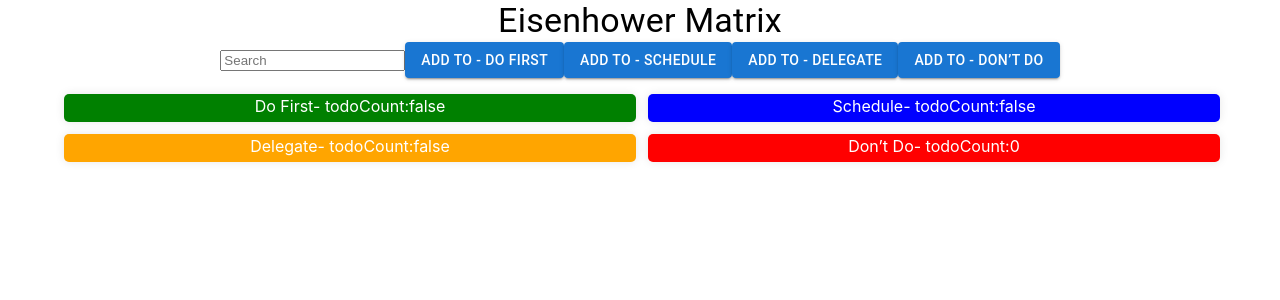
Repository: GokulDev4U/Krixi_react_assignment
Page: /
The author's editor kept a copy of each file at every save. The page is drawn from the files as they stood at one save, then again after the next save.
The browser window is 1280 px wide. The pictures show the whole page.
The project was rebuilt for these pictures with package versions that can differ from the ones it lists, and the page was loaded fresh each time.

Above is the page before, as saved 2022-04-04 16:13:50.

After the next save:
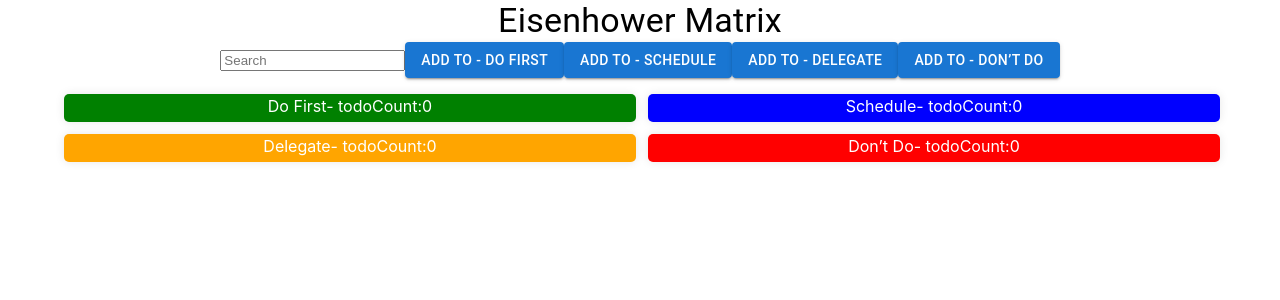
Saved 72 s later.
--- a/src/Components/card/Card.jsx
+++ b/src/Components/card/Card.jsx
@@ -22,7 +22,7 @@ const Card = ({ color, title, flag }) => {
   return (
     <div className='box' style={{ backgroundColor: `${color}` }}>
       <div className="card-title">
-        {`${title}- todoCount:${(flag === "doFirst" && todosDoFirstLength) || (flag === "schedule" && todosScheduleLength) || (flag === "delegate" && todosDelegateLength) || (flag === "dontDo" && todosDontDoLength)}`}
+        {`${title}- todoCount:${Number((flag === "doFirst" && todosDoFirstLength) || (flag === "schedule" && todosScheduleLength) || (flag === "delegate" && todosDelegateLength) || (flag === "dontDo" && todosDontDoLength))}`}
       </div>
       <div className="card-content">
         {flag === "doFirst" && todosDoFirst?.map((todo, index) => (
